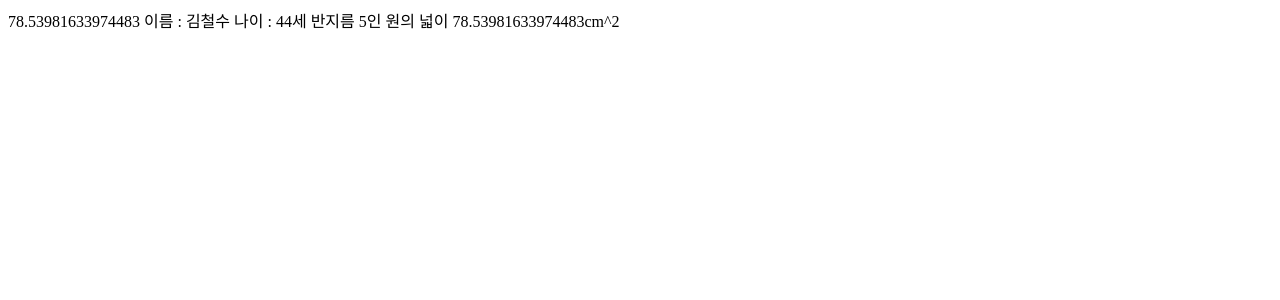
Repository: poiup/jsp_practice
Page: http://localhost/20210128/jspTag/Expression.jsp
An editor plug-in stored every save of this project. The page is shown before and after the next save, followed by the edit.
The browser window is 1280 px wide. The pictures show the whole page.
The page is served by Tomcat 9.

Above is the page before, as saved 2022-01-28 03:46:47.

After the next save:
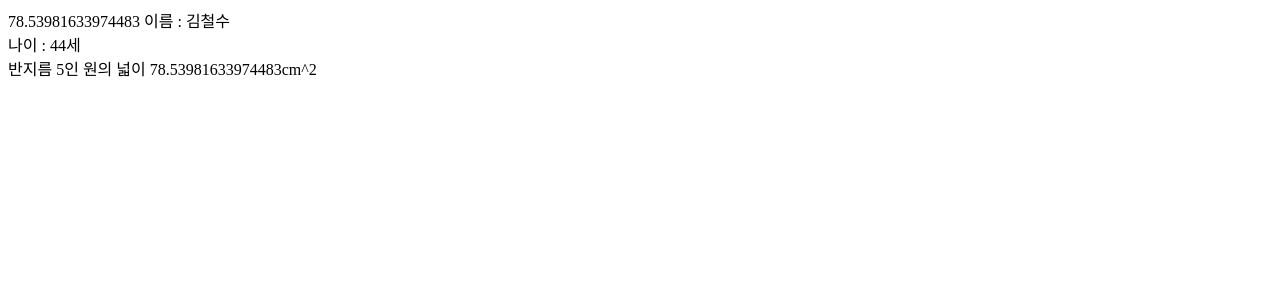
Saved 31 s later.
--- a/20210128/src/main/webapp/jspTag/Expression.jsp
+++ b/20210128/src/main/webapp/jspTag/Expression.jsp
@@ -20,8 +20,8 @@
 	<%
 		out.println(areaCircle(5));
 	%>
-	이름 : <%= name %>
-	나이 : <%= age %>세
+	이름 : <%= name %><br/>
+	나이 : <%= age %>세<br/>
 	반지름 5인 원의 넓이 <%= areaCircle(5) %>cm^2
 </body>
 </html>
